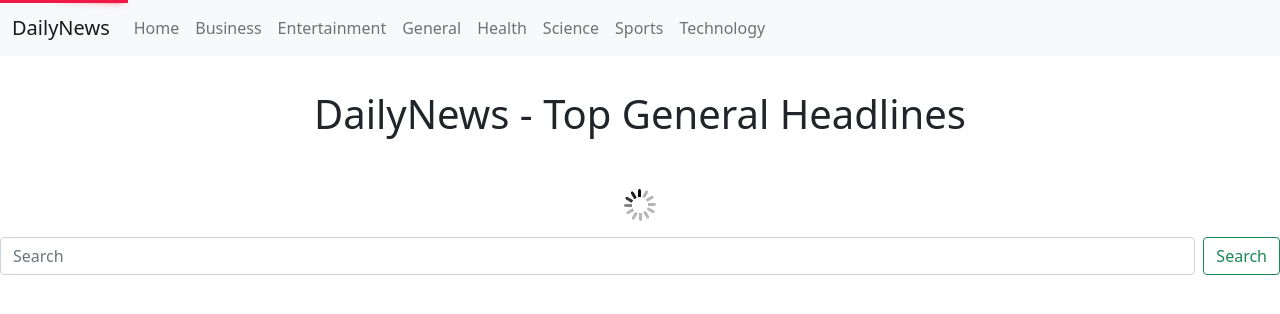
Repository: Bikki084/Daily_News
Page: /
The author's editor kept a copy of each file at every save. The page is drawn from the files as they stood at one save, then again after the next save.
The browser window is 1280 px wide. The pictures show the whole page.
The page's requests for data from a server got no answer. The project was rebuilt for these pictures with package versions that can differ from the ones it lists, and the page was loaded fresh each time. No one was signed in, and anything a server would have sent is missing. Also part of the build but not shown: src/App.css, src/components/NewsItem.js.

Above is the page before, as saved 2021-12-22 23:07:53.

After the next save:
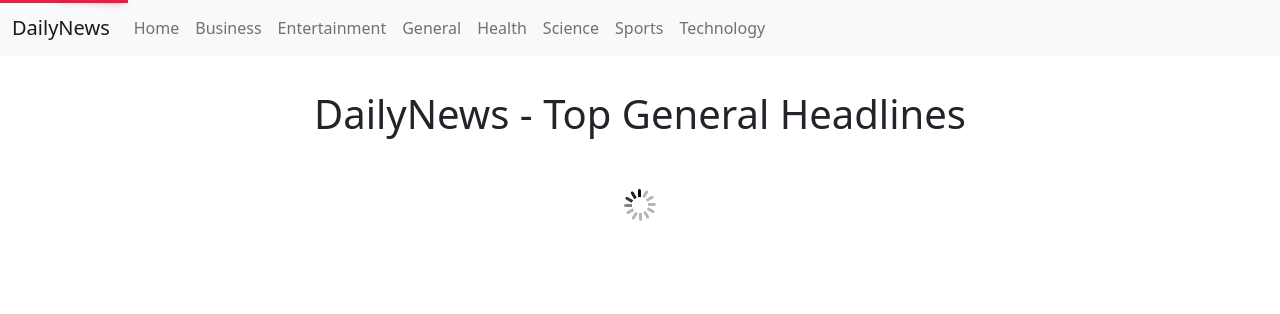
Saved 15 s later.
--- a/src/components/News.js
+++ b/src/components/News.js
@@ -64,7 +64,7 @@ const News = (props)=>{
                         })}
                     </div>
                     </div>
-                        <SearchForm/>
+
                 </InfiniteScroll>
             </>
         )
